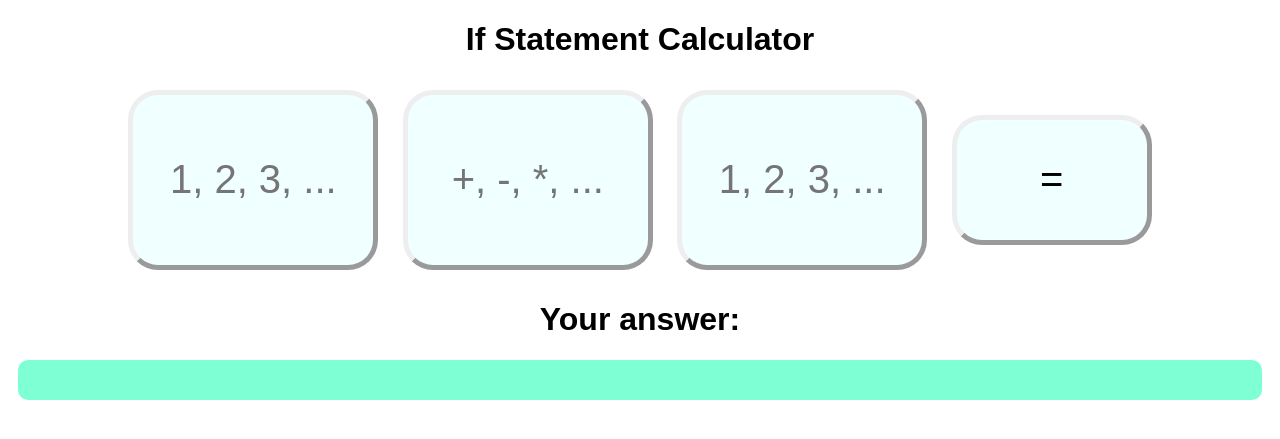
Repository: WesleyErasmus/threeInputCalculator
Page: html/if-calculator.html
The author's editor kept a copy of each file at every save. The page is drawn from the files as they stood at one save, then again after the next save.
The browser window is 1280 px wide. The pictures show the whole page.

Above is the page before, as saved 2022-04-27 22:26:16.

### html/if-calculator.html
<!DOCTYPE html>
<html lang="en">
<head>
    <meta charset="UTF-8">
    <meta http-equiv="X-UA-Compatible" content="IE=edge">
    <meta name="viewport" content="width=device-width, initial-scale=1.0">
    <title>JS If Calculator</title>
    <link rel="stylesheet" href="/css/stylesheet.css">
    <script src="/js/if-calculator.js"></script>

</head>
<body>

<center>
    <form onsubmit="return false;">
        <h1>If Statement Calculator</h1>
        <!-- <div class="inputField"> -->
        <!-- <label for="input1">Enter a number</label> -->
         <input id="input1" type="text" name = "input1" placeholder="1, 2, 3, ..."> <!-- input-1 -->
        </div>
        <!-- <div class="inputField"> -->
         <!-- <label for="input3">Enter operator</label> -->
         <input id="input3" type="text" name = "input3" placeholder="+, -, *, ..."> <!-- input-3 (operator) -->
        </div>
        <!-- <div class="inputField"> -->
         <!-- <label for="input2">Enter a number </label> -->
         <input id="input2" type="text" name = "input2" placeholder="1, 2, 3, ..."> <!-- input-2 -->
        </div>
         <button onclick="sum()">=</button>
         <h1>Your answer:</h1>
         <p id="output"></p>
    </form>
</center>
</body>
</html>

### css/stylesheet.css
body {
font-family: sans-serif;
}
form {
display: block;
margin: 0 auto;
}
input {
    background-color: azure;
    width: 200px;
    height: 130px;
    padding: 20px;
    margin: 10px;
    text-align: center;
    font-size: 40px;
    border-radius: 30px;
    border: 5px outset;
}
button {
    background-color: azure;
    width: 200px;
    height: 130px;
    padding: 0;
    margin: 10px;
    font-size: 40px;
    border-radius: 30px;
    border: 5px outset;
}
p {
    text-align: center;
    margin: 10px;
    padding: 20px;
    font-size: 75px;
    border-radius: 10px;
    background-color: aquamarine;
}

### js/if-calculator.js
function sum() {
const num1 = document.getElementById("input1").value;
const num2 = document.getElementById("input2").value;
const operator = document.getElementById("input3").value;
const output = document.getElementById("output").value;
  let answer;
  document.getElementById("output").value;
  if (operator == '+') {
    answer = +num1 + +num2;
    document.getElementById("output").innerHTML = answer;
  } else if (operator == '-') {
    answer = num1 - num2;
    document.getElementById("output").innerHTML = answer;
  } else if (operator == '*') {
    answer = num1 * num2;
    document.getElementById("output").innerHTML = answer;
  } else {
    answer = num1 / num2;
    document.getElementById("output").innerHTML = answer;
  }console.log(answer);
}

After the next save:
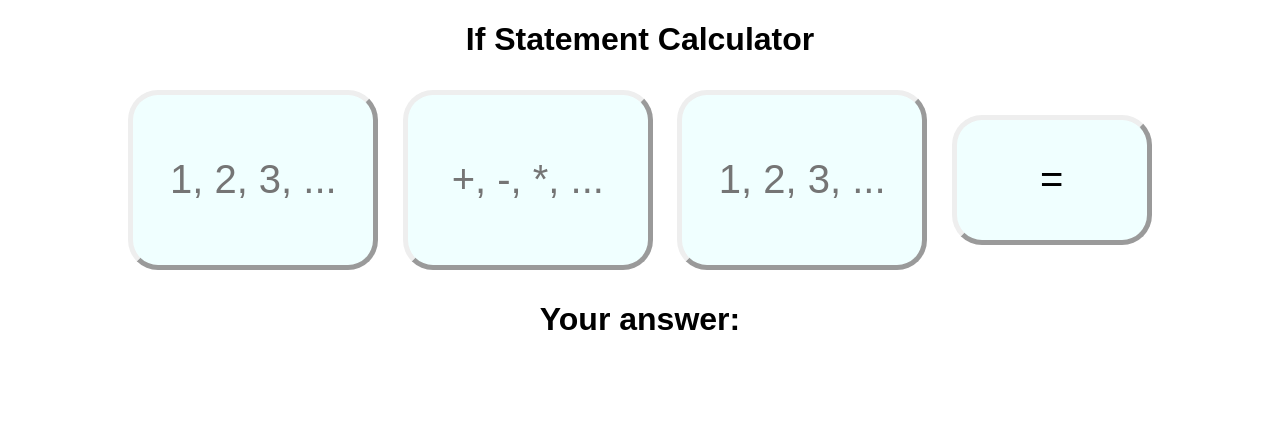
Saved 16 s later.
--- a/css/stylesheet.css
+++ b/css/stylesheet.css
@@ -32,5 +32,5 @@ p {
     padding: 20px;
     font-size: 75px;
     border-radius: 10px;
-    background-color: aquamarine;
+    /* background-color: aquamarine; */
 }
